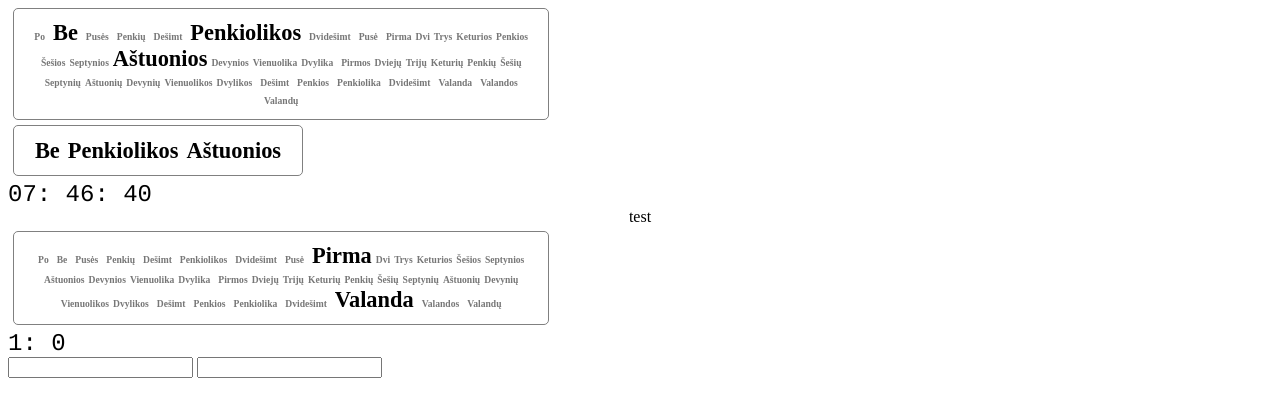
Repository: Skaidrius/WordClock
Page: index.html
The author's editor kept a record of every edit. The page is drawn from the files as they stood at one moment, then again after the next edit.
The browser window is 1280 px wide. The pictures show the whole page.
Some web libraries are served in a nearby version.

Above is the page before.

After the next edit:
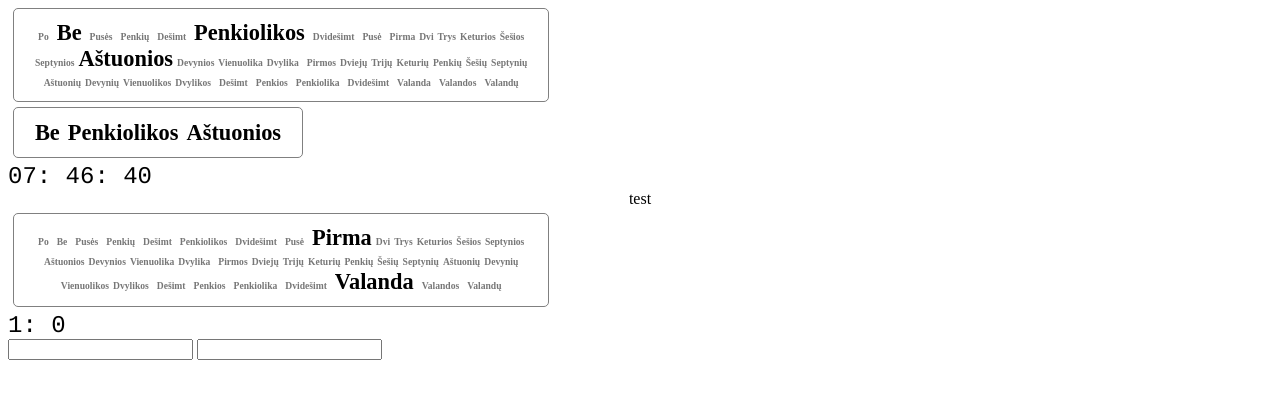
The edit:
--- a/app.js
+++ b/app.js
@@ -11,7 +11,6 @@
                         {value:   2,     name: "Dvi"        },
                         {value:   3,     name: "Trys"       },
                         {value:   4,     name: "Keturios"   },
-                        {value:   5,     name: "Penkios"    },
                         {value:   6,     name: "Šešios"     },
                         {value:   7,     name: "Septynios"  },
                         {value:   8,     name: "Aštuonios"  },
